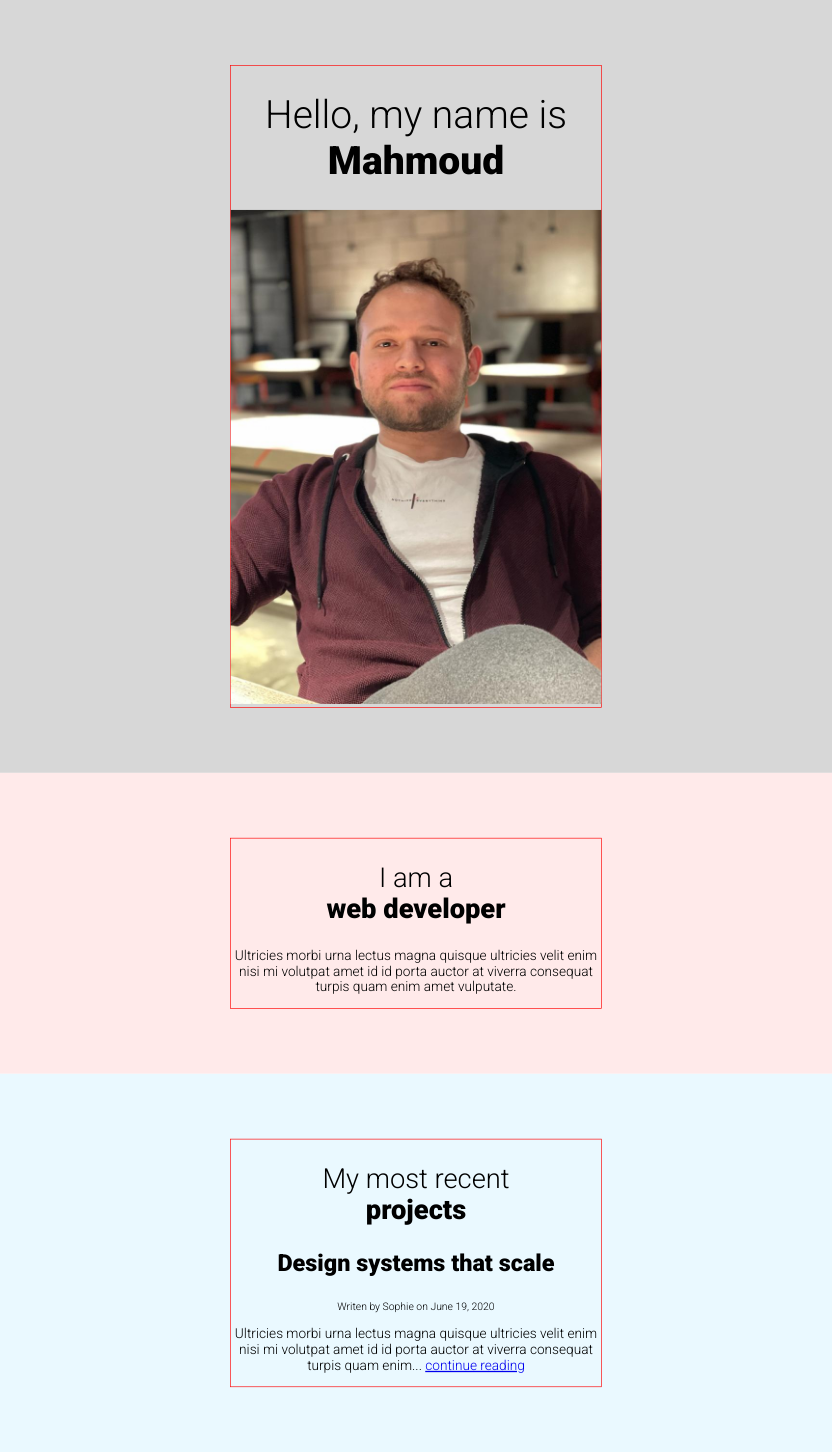
Repository: Doumham-Armah/portfolio
Page: index.html
The author's editor kept a copy of each file at every save. The page is drawn from the files as they stood at one save, then again after the next save.
The browser window is 1280 px wide. The pictures show the whole page, at 65% of full size.

Above is the page before, as saved 2021-08-17 12:17:08.

### index.html
<!DOCTYPE html>
<html>
  <head>
    <title>HTML & CSS Fundamentals | Challenges</title>
    <link rel="preconnect" href="https://fonts.googleapis.com" />
    <link rel="preconnect" href="https://fonts.gstatic.com" crossorigin />
    <link
      href="https://fonts.googleapis.com/css2?family=Roboto:wght@300;900&display=swap"
      rel="stylesheet"
    />
    <link href="./style.css" rel="stylesheet" />
  </head>

  <body>
    <header>
      <div class="container">
        <h1>Hello, my name is <span>Mahmoud</span></h1>
        <img class="my-photo" src="./images/photo.jpeg" alt="image of me" />
      </div>
    </header>

    <section class="about-me">
      <div class="container">
        <h2>I am a <span>web developer</span></h2>
        <p>
          Ultricies morbi urna lectus magna quisque ultricies velit enim nisi mi
          volutpat amet id id porta auctor at viverra consequat turpis quam enim
          amet vulputate.
        </p>
      </div>
    </section>

    <section class="projects">
      <div class="container">
        <h2>My most recent <span>projects</span></h2>
        <article>
          <h3>Design systems that scale</h3>
          <p class="small-text">Writen by Sophie on June 19, 2020</p>
          <p>
            Ultricies morbi urna lectus magna quisque ultricies velit enim nisi
            mi volutpat amet id id porta auctor at viverra consequat turpis quam
            enim... <a href="#">continue reading</a>
          </p>
        </article>
      </div>
    </section>
  </body>
</html>

### style.css
body {
  margin: 0;
  font-size: 1.3125rem;
}

h1,
h2 {
  font-weight: 300;
}

h1 {
  font-size: 3.75rem;
}

h2 {
  font-size: 2.625rem;
}

h3 {
  font-size: 2.25rem;
}

h1 span,
h2 span {
  font-weight: 900;
  display: block;
}

header,
section {
  padding: 6.25rem 0;
}

header {
  background-color: #d7d7d7;
}

.about-me {
  background-color: #ffeaea;
}

.projects {
  background-color: #eaf9ff;
}

.small-text {
  font-size: 16px;
}

.container {
  width: 570px;
  margin: 0 auto;
  border: 1px solid red;
  text-align: center;
  font-family: "Roboto", sans-serif;
}

.my-photo {
  max-width: 100%;
  height: auto;
}

After the next save:
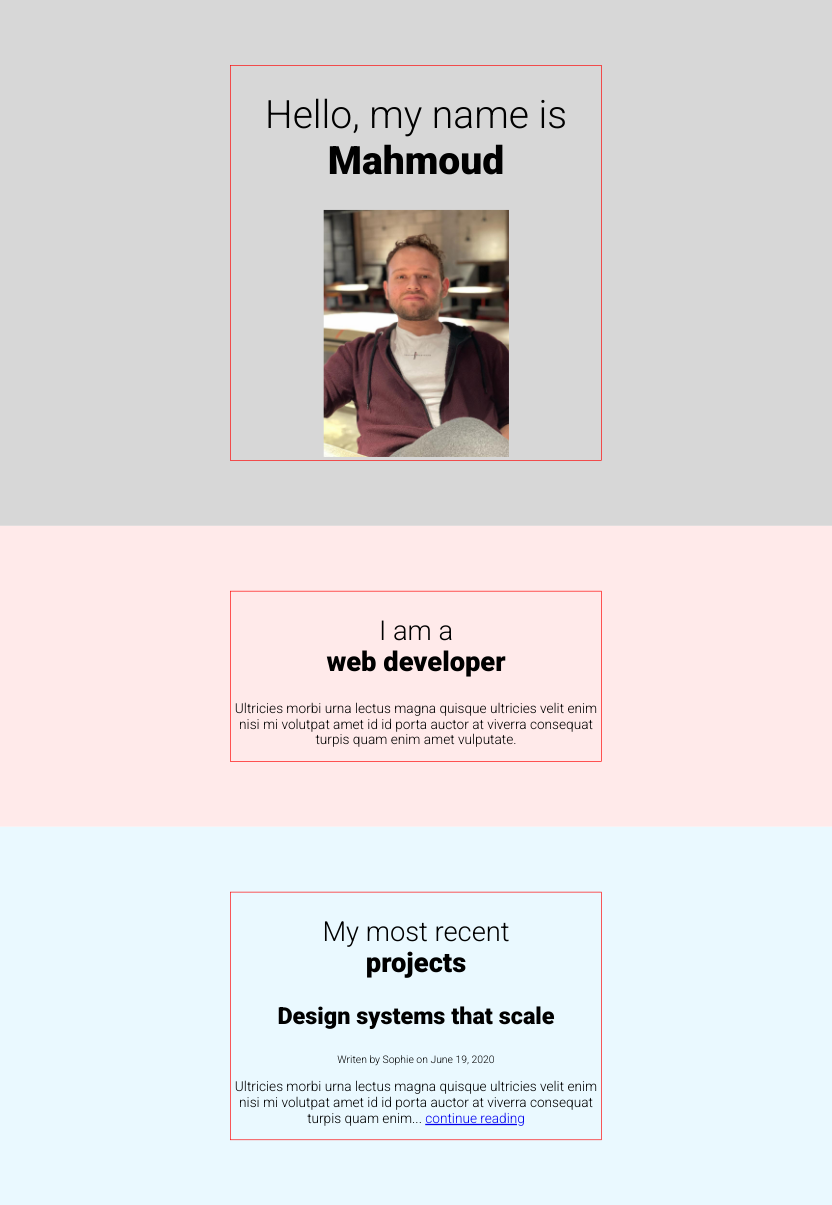
Saved 4 s later.
--- a/style.css
+++ b/style.css
@@ -56,6 +56,6 @@ header {
 }
 
 .my-photo {
-  max-width: 100%;
+  max-width: 50%;
   height: auto;
 }
